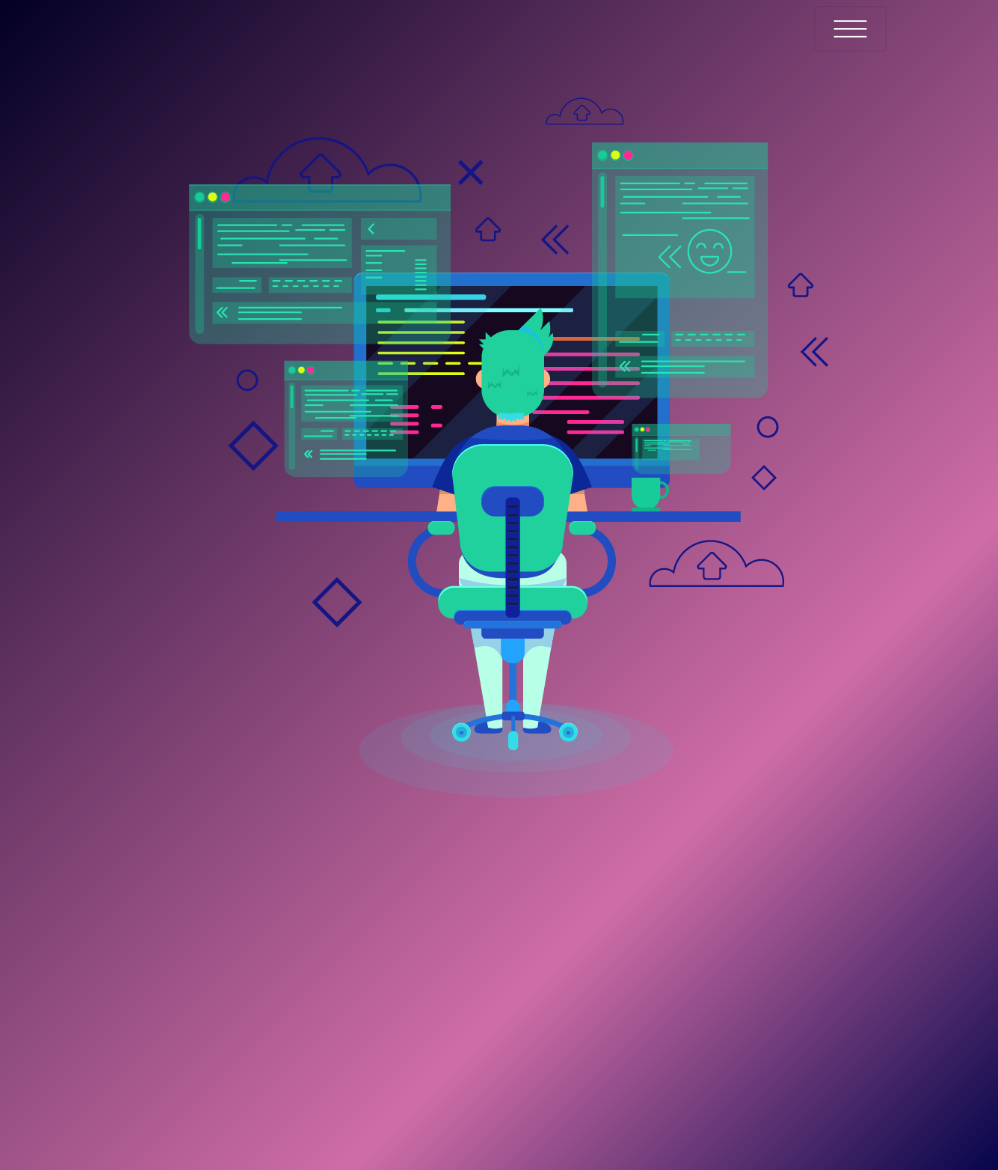
Repository: JuanPabloDS/portifolio
Page: http://localhost/
The author's editor kept a copy of each file at every save. The page is drawn from the files as they stood at one save, then again after the next save.
The browser window is 1280 px wide. The pictures show the whole page, at 78% of full size.
The page is served by the project's application, run on Django 4.2 (manage.py).

Above is the page before, as saved 2023-02-24 16:58:49.

After the next save:
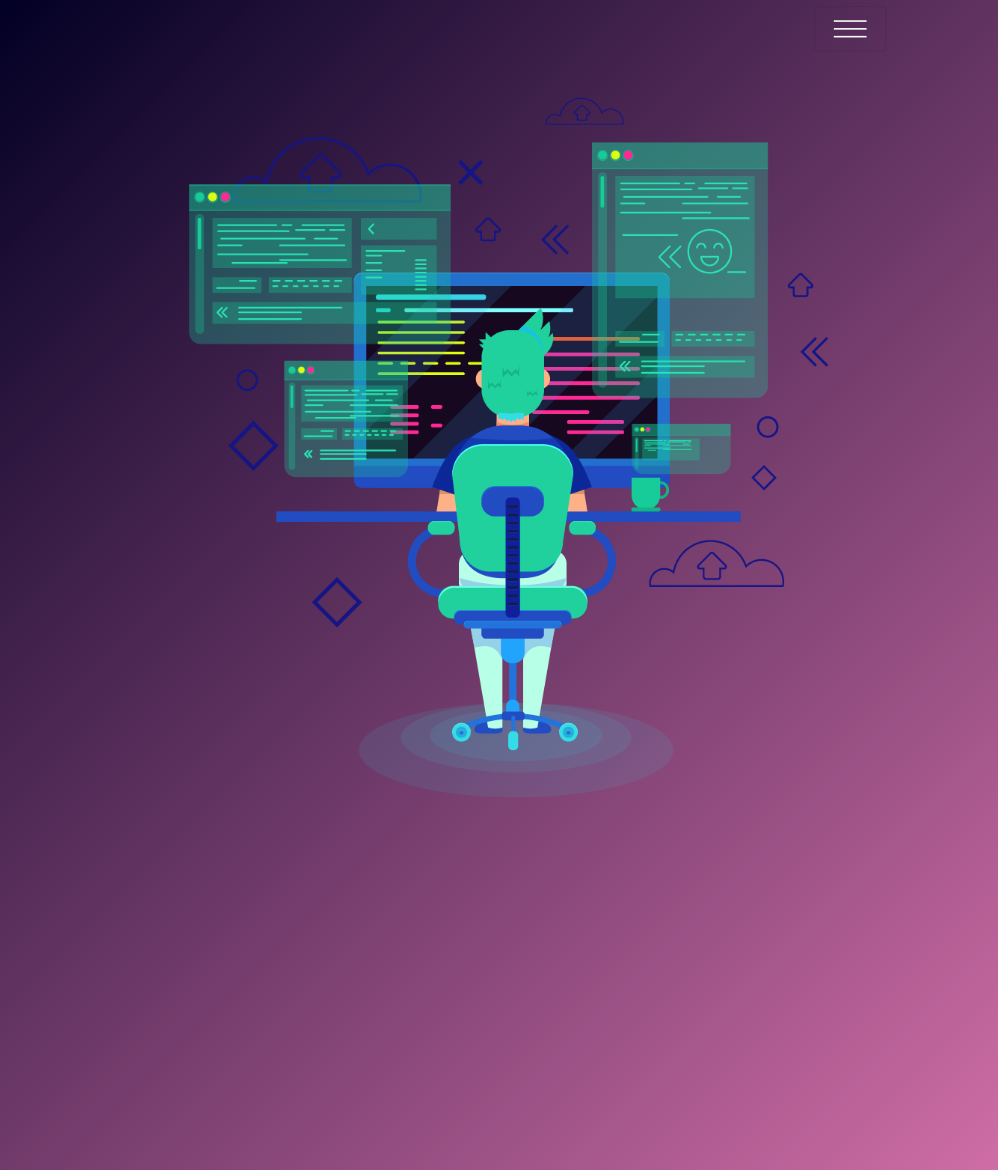
Saved 8 s later.
--- a/core/static/css/style.css
+++ b/core/static/css/style.css
@@ -7,7 +7,7 @@ body{
     background: linear-gradient(
   135deg,
   rgba(2, 0, 36, 1) 0%,
-  #cf6da6 70%,
+  #cf6da6 100%,
   #06054b 100%
 );
 
